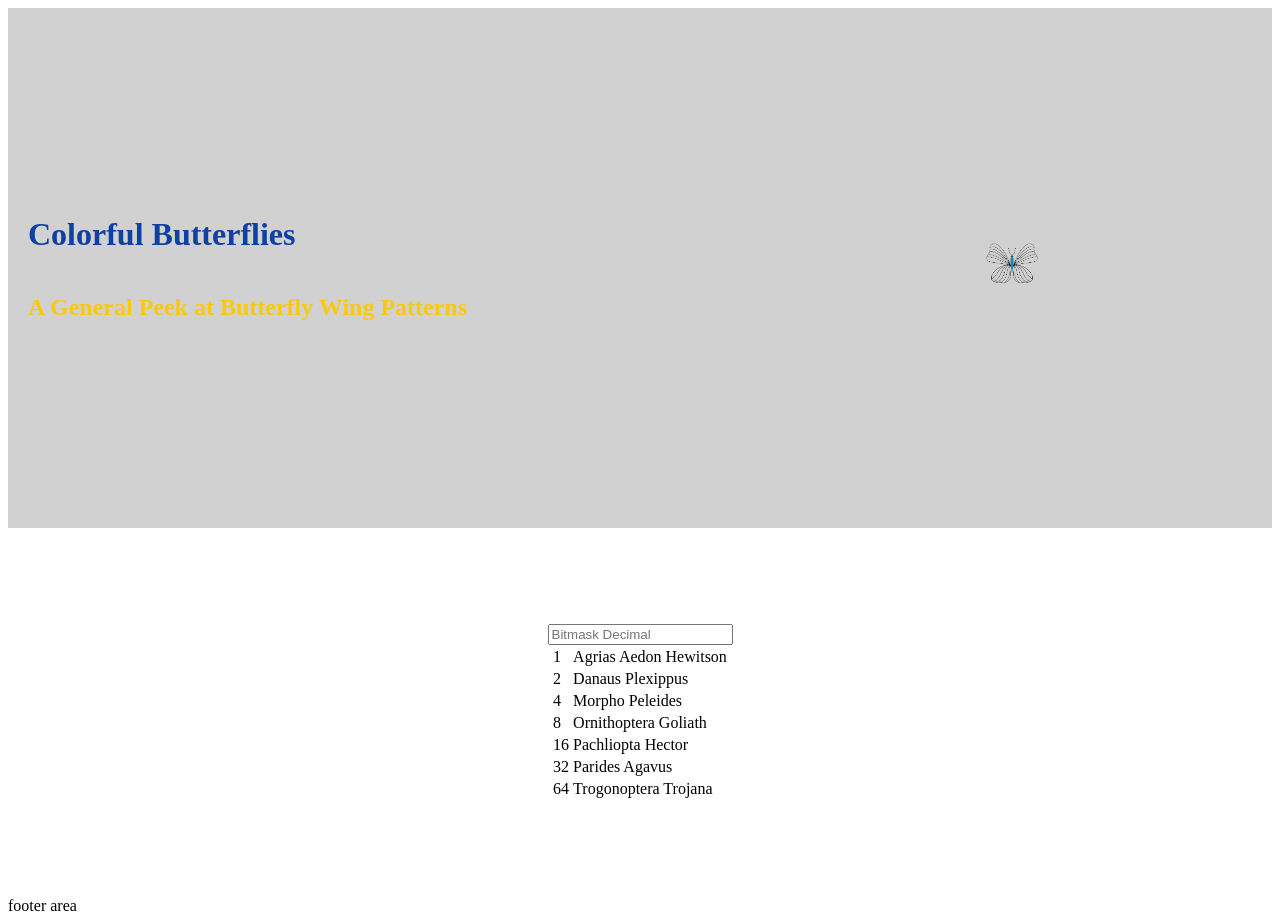
Repository: MeowCeline00/assessment-2
Page: /
An editor plug-in stored every save of this project. The page is shown before and after the next save, followed by the edit.
The browser window is 1280 px wide. The pictures show the whole page.
The project was rebuilt for these pictures with package versions that can differ from the ones it lists, and the page was loaded fresh each time. The framework's server and built-in components were replaced by stand-ins that run in the browser. Also part of the build but not shown: next.config.mjs.

Above is the page before, as saved 2024-02-07 21:56:08.

After the next save:
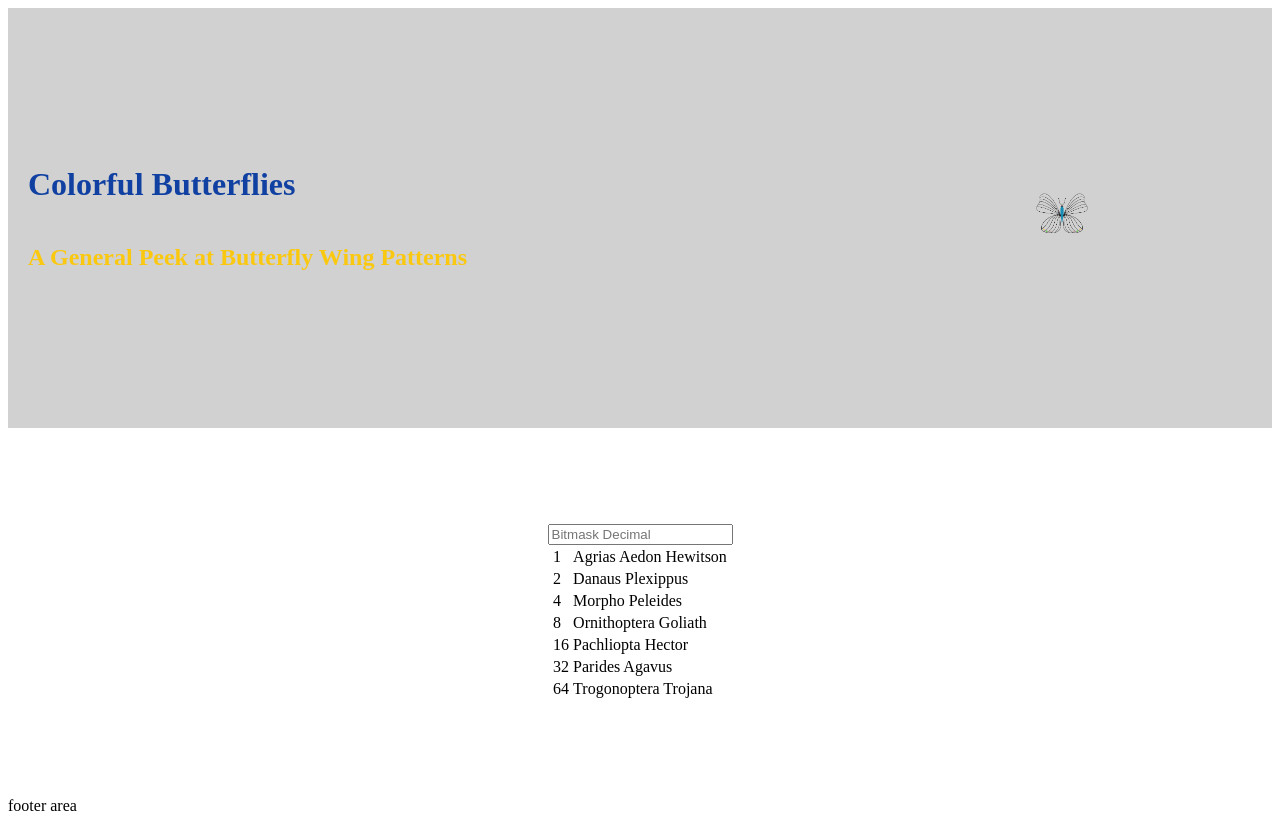
Saved 12 s later.
--- a/Components/Header/Header.module.css
+++ b/Components/Header/Header.module.css
@@ -21,5 +21,5 @@
 
 .logoArea {
   display: flex;
-  padding: 200px;
+  padding: 150px;
 }
